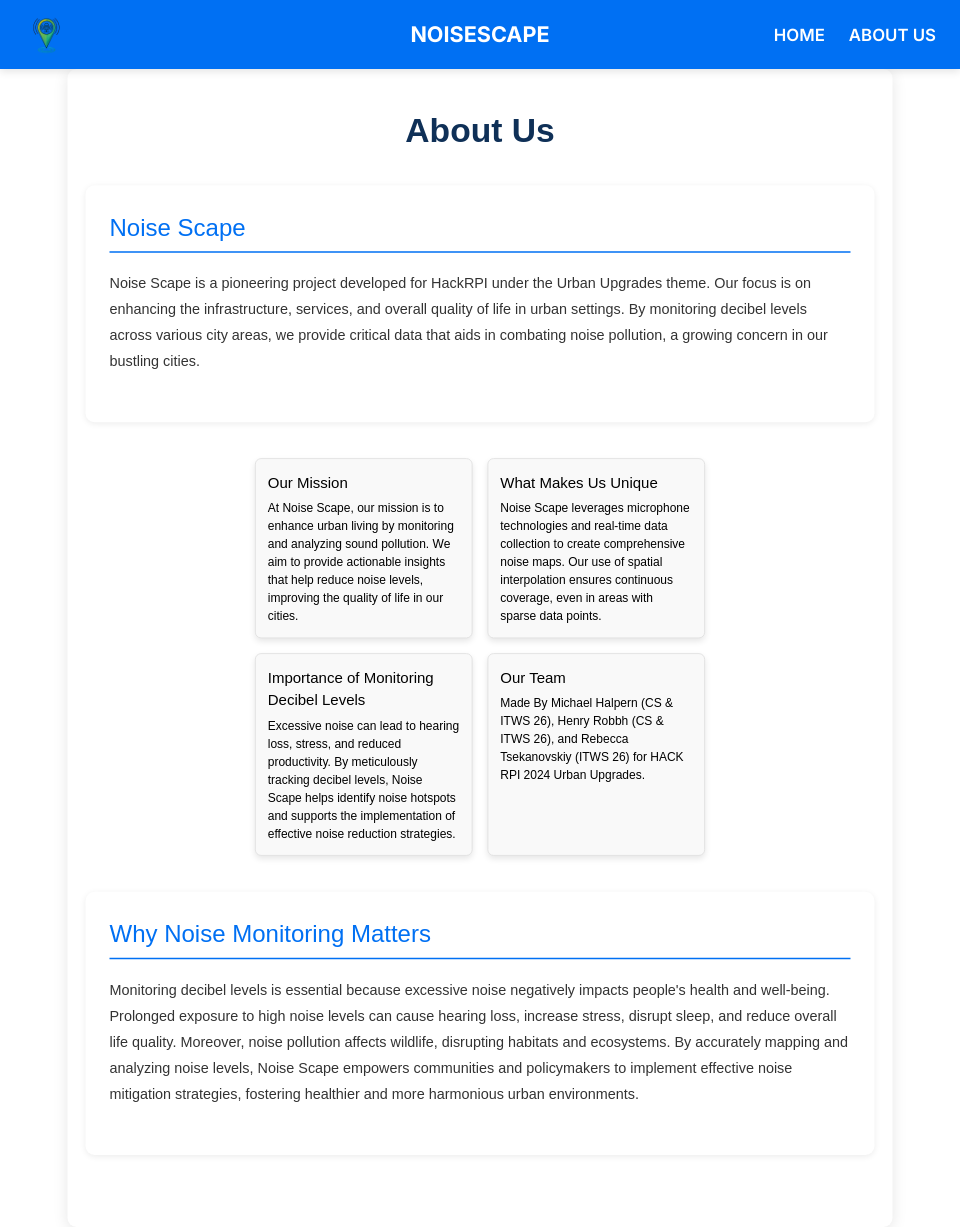
Repository: michaelhelper/HackRPI24
Page: /aboutUs (app in nextjs-dashboard/)
The author's editor kept a copy of each file at every save. The page is drawn from the files as they stood at one save, then again after a run of saves.
The browser window is 1280 px wide. The pictures show the whole page, at 75% of full size.
Some web fonts or font styles are not loaded; a fallback is used. The project was rebuilt for these pictures with package versions that can differ from the ones it lists, and the page was loaded fresh each time. The framework's server and built-in components were replaced by stand-ins that run in the browser. Also part of the build but not shown: nextjs-dashboard/next.config.ts.

Above is the page before, as saved 2024-11-10 10:58:20.

### nextjs-dashboard/app/aboutUs/page.tsx
// app/about-us/page.tsx

import React from 'react';
import Navbar from '../nav'; // Adjust the path if necessary
import AboutUs from '../aboutus'; // Adjust the path if necessary

const AboutUsPage: React.FC = () => {
  return (
    <div>
      <Navbar />
      <main>
        <AboutUs />
      </main>
    </div>
  );
};

export default AboutUsPage;

### nextjs-dashboard/app/nav.tsx
import React from 'react';
import Link from 'next/link';
import Logo from './logo'; // Ensure the path is correct
import styles from './navbar.module.css'; // Import the CSS module

const Navbar: React.FC = () => {
  return (
    <nav className={styles.navbar}>
      <div className={styles.logoContainer}>
        <Logo />
      </div>
      <div className={styles.titleContainer}>
        <span className={styles.title}>NOISESCAPE</span>
      </div>
      <ul className={styles.navLinks}>
        <li className={styles.navItem}>
          <Link href="/" className={styles.navLink}>
            HOME
          </Link>
        </li>
        <li className={styles.navItem}>
          <Link href="/aboutUs" className={styles.navLink}>
            ABOUT US
          </Link>
        </li>
      </ul>
    </nav>
  );
};

export default Navbar;

### nextjs-dashboard/app/aboutus.tsx
// src/components/AboutUs.tsx

import React from 'react';
import styles from './AboutUs.module.css';
import DataCards from './DataCards';

const AboutUs: React.FC = () => {
  // Define your cards data based on the answers to the questions
  const cards = [
    {
      title: 'Our Mission',
      content:
        'At Noise Scape, our mission is to enhance urban living by monitoring and analyzing sound pollution. We aim to provide actionable insights that help reduce noise levels, improving the quality of life in our cities.',
    },
    {
      title: 'What Makes Us Unique',
      content:
        'Noise Scape leverages microphone  technologies and real-time data collection to create comprehensive noise maps. Our use of spatial interpolation ensures continuous coverage, even in areas with sparse data points.',
    },
    {
      title: 'Importance of Monitoring Decibel Levels',
      content:
        'Excessive noise can lead to hearing loss, stress, and reduced productivity. By meticulously tracking decibel levels, Noise Scape helps identify noise hotspots and supports the implementation of effective noise reduction strategies.',
    },
    {
      title: 'Our Team',
      content:
        'Made By Michael Halpern (CS & ITWS 26), Henry Robbh (CS & ITWS 26), and Rebecca Tsekanovskiy (ITWS 26) for HACK RPI 2024 Urban Upgrades.'

    }

  ];

  return (
    <div className={styles.container}>
      <h1 className={styles.title}>About Us</h1>

      <section className={styles.section}>
        <h2 className={styles.subtitle}>Noise Scape</h2>
        <p className={styles.text}>
          Noise Scape is a pioneering project developed for HackRPI under the Urban Upgrades theme. Our focus is on enhancing the infrastructure, services, and overall quality of life in urban settings. By monitoring decibel levels across various city areas, we provide critical data that aids in combating noise pollution, a growing concern in our bustling cities.
        </p>
      </section>

      {/* Interactive Data Cards */}
      <section className={styles.cardsSection}>
        <DataCards cards={cards} />
      </section>

      <section className={styles.section}>
        <h2 className={styles.subtitle}>Why Noise Monitoring Matters</h2>
        <p className={styles.text}>
          Monitoring decibel levels is essential because excessive noise negatively impacts people's health and well-being. Prolonged exposure to high noise levels can cause hearing loss, increase stress, disrupt sleep, and reduce overall life quality. Moreover, noise pollution affects wildlife, disrupting habitats and ecosystems. By accurately mapping and analyzing noise levels, Noise Scape empowers communities and policymakers to implement effective noise mitigation strategies, fostering healthier and more harmonious urban environments.
        </p>
      </section>


    </div>
  );
};

export default AboutUs;

### nextjs-dashboard/app/logo.tsx
// components/Logo.tsx
import React from 'react';
import Image from 'next/image';
import logoImage from '../public/noiseScapeLogoTransparent.png';

const Logo: React.FC = () => {
  return (
      <Image src={logoImage} alt="Logo" style={styles.logoImage} />
  );
};

// Basic inline styles for the logo
const styles = {
  logoImage: {
    width: '60px',
    height: '60px',
    borderRadius: '50%',
  },
};

export default Logo;

### nextjs-dashboard/app/navbar.module.css
.navbar {
  display: flex;
  justify-content: space-between;
  align-items: center;
  padding: 1rem 2rem;
  background-color: #0070f3;
  /* Deep vibrant blue for visual impact */
  color: #ffffff;
  position: sticky;
  top: 0;
  z-index: 10;
  box-shadow: 0 4px 10px rgba(0, 0, 0, 0.1);
  position: relative;
  /* Needed to center the title properly */
}

/* Container for logo on the left */
.logoContainer {
  flex: 0 0 auto;
  /* Prevent logo from growing/shrinking */
}

/* Container for title in the middle */
.titleContainer {
  position: absolute;
  /* Position the title absolutely within the navbar */
  left: 50%;
  transform: translateX(-50%);
}

/* Styling for the title text */
.title {
  color: #ffffff;
  font-size: 1.8rem;
  font-weight: bold;
  text-align: center;
}

/* Styling for the navigation links */
.navLinks {
  display: flex;
  list-style-type: none;
  margin: 0;
  padding: 0;
}

/* Each item in the navigation */
.navItem {
  margin-left: 2rem;
  /* Add spacing between items for better readability */
}

/* Styling for individual navigation links */
.navLink {
  color: #ffffff;
  text-decoration: none;
  font-weight: 600;
  font-size: 1.4rem;
  transition: color 0.3s ease-in-out, transform 0.3s ease-in-out;
}

/* Link hover effect for better interactivity */
.navLink:hover {
  color: black;
  /* Bright yellow to highlight links on hover */
  transform: translateY(-2px);
}

/* Responsive navbar for mobile view */
.hamburger {
  display: none;
  flex-direction: column;
  cursor: pointer;
}

.hamburger span {
  background: #ffffff;
  height: 3px;
  width: 25px;
  margin: 3px 0;
  transition: all 0.3s ease;
}

/* Mobile Menu styles */
.mobileMenu {
  display: none;
  position: absolute;
  top: 100%;
  right: 0;
  width: 100%;
  background-color: #0070f3;
  box-shadow: 0 8px 16px rgba(0, 0, 0, 0.15);
  padding: 1rem;
}

.mobileMenu.active {
  display: flex;
  flex-direction: column;
  align-items: center;
}

.navLinks.mobile {
  flex-direction: column;
  width: 100%;
}

.navItem.mobile {
  margin: 1rem 0;
}

@media (max-width: 768px) {
  .navLinks {
    display: none;
  }

  .hamburger {
    display: flex;
  }

  .mobileMenu {
    display: none;
    /* Hidden by default, triggered by JS */
  }

  .navItem {
    margin-left: 0;
  }
}

### nextjs-dashboard/app/AboutUs.module.css
/* General container for the page */
.container {
    max-width: 1100px;
    width: 90%;
    margin: 0 auto;
    padding: 3rem 1.5rem;
    background-color: #ffffff;
    border-radius: 12px;
    font-family: 'Arial', sans-serif;
    box-shadow: 0 4px 20px rgba(0, 0, 0, 0.1);
  }

  /* Main title of the page */
  .title {
    font-size: 2.8rem;
    text-align: center;
    color: #0f3057;  /* Deep blue for a professional look */
    margin-bottom: 2.5rem;
    font-weight: 700;
  }

  /* Each main section container */
  .section {
    margin-bottom: 3rem;
    padding: 2rem;
    background-color: #ffffff;
    border-radius: 12px;
    box-shadow: 0 2px 8px rgba(0, 0, 0, 0.08);
    transition: transform 0.3s ease-in-out;
  }

  .section:hover {
    transform: scale(1.02);
  }

  /* Subtitle of each section */
  .subtitle {
    font-size: 2rem;
    color: #0070f3; /* Use of a vibrant color for emphasis */
    margin-bottom: 1.5rem;
    text-align: left;
    border-bottom: 2px solid #0070f3;
    padding-bottom: 0.5rem;
  }

  /* General text styling for the paragraphs */
  .text {
    font-size: 1.2rem;
    line-height: 1.8;
    color: #333;
    margin-bottom: 2rem;
  }

  /* Cards section container styling */
  .cardsSection {
    width: 100%;
    margin: 3rem auto;
  }

  /* Specific styling for the cards container */
  .card {
    width: 90%;
    max-width: 320px;
    margin: 1rem auto;
    padding: 2rem;
    background-color: #f7f9fc; /* Light blueish background for better contrast */
    border-radius: 12px;
    box-shadow: 0 6px 15px rgba(0, 0, 0, 0.1);
    transition: box-shadow 0.3s ease, transform 0.3s ease;
    text-align: center;
  }

  .card:hover {
    box-shadow: 0 8px 20px rgba(0, 0, 0, 0.15);
    transform: translateY(-5px);
  }

  .cardTitle {
    font-size: 1.6rem;
    color: #0f3057;
    margin-bottom: 1rem;
    font-weight: 600;
  }

  .cardContent {
    font-size: 1.1rem;
    color: #555;
    line-height: 1.6;
  }

  /* Button styling for navigation */
  .shuffleButton {
    margin-top: 2rem;
    padding: 0.75rem 1.75rem;
    font-size: 1.1rem;
    background-color: #0070f3;
    color: #ffffff;
    border: none;
    border-radius: 8px;
    cursor: pointer;
    transition: background-color 0.3s ease, box-shadow 0.3s ease;
    box-shadow: 0 4px 10px rgba(0, 112, 243, 0.4);
  }

  .shuffleButton:hover {
    background-color: #005bb5;
    box-shadow: 0 6px 15px rgba(0, 91, 181, 0.5);
  }

  /* Callout for Important Details */
  .highlight {
    background-color: #0070f3;
    color: #ffffff;
    padding: 0.2rem 0.5rem;
    border-radius: 4px;
  }

  /* Decorative Divider */
  .divider {
    margin: 3rem 0;
    height: 2px;
    width: 100%;
    background: linear-gradient(to right, #0070f3, #ffffff);
    border: none;
  }

### nextjs-dashboard/app/DataCards.tsx
"use client";

import React from 'react';
import styles from './DataCards.module.css';

interface Card {
  title: string;
  content: string;
}

interface DataCardsProps {
  cards: Card[];
}

const DataCards: React.FC<DataCardsProps> = ({ cards }) => {
  return (
    <div className={styles.gridContainer}>
      {cards.map((card, index) => (
        <div key={index} className={styles.card}>
          <h3 className={styles.cardTitle}>{card.title}</h3>
          <p className={styles.cardContent}>{card.content}</p>
        </div>
      ))}
    </div>
  );
};

export default DataCards;

### nextjs-dashboard/app/DataCards.module.css
.container {
  display: flex;
  justify-content: center;
  align-items: center;
}

.gridContainer {
  display: grid;
  grid-template-columns: repeat(2, 1fr);
  gap: 20px;
  max-width: 600px;
  margin: auto;
}

.card {
  background-color: #f9f9f9;
  border: 1px solid #ddd;
  border-radius: 8px;
  padding: 16px;
  box-shadow: 0 4px 8px rgba(0, 0, 0, 0.1);
}

.cardTitle {
  font-size: 1.25em;
  margin-bottom: 8px;
}

.cardContent {
  font-size: 1em;
}

Loaded but not shown: nextjs-dashboard/app/layout.tsx (common file); nextjs-dashboard/app/ui/global.css (common file); nextjs-dashboard/app/ui/fonts.ts (common file); nextjs-dashboard/tailwind.config.ts (common file)

After the next 2 saves:
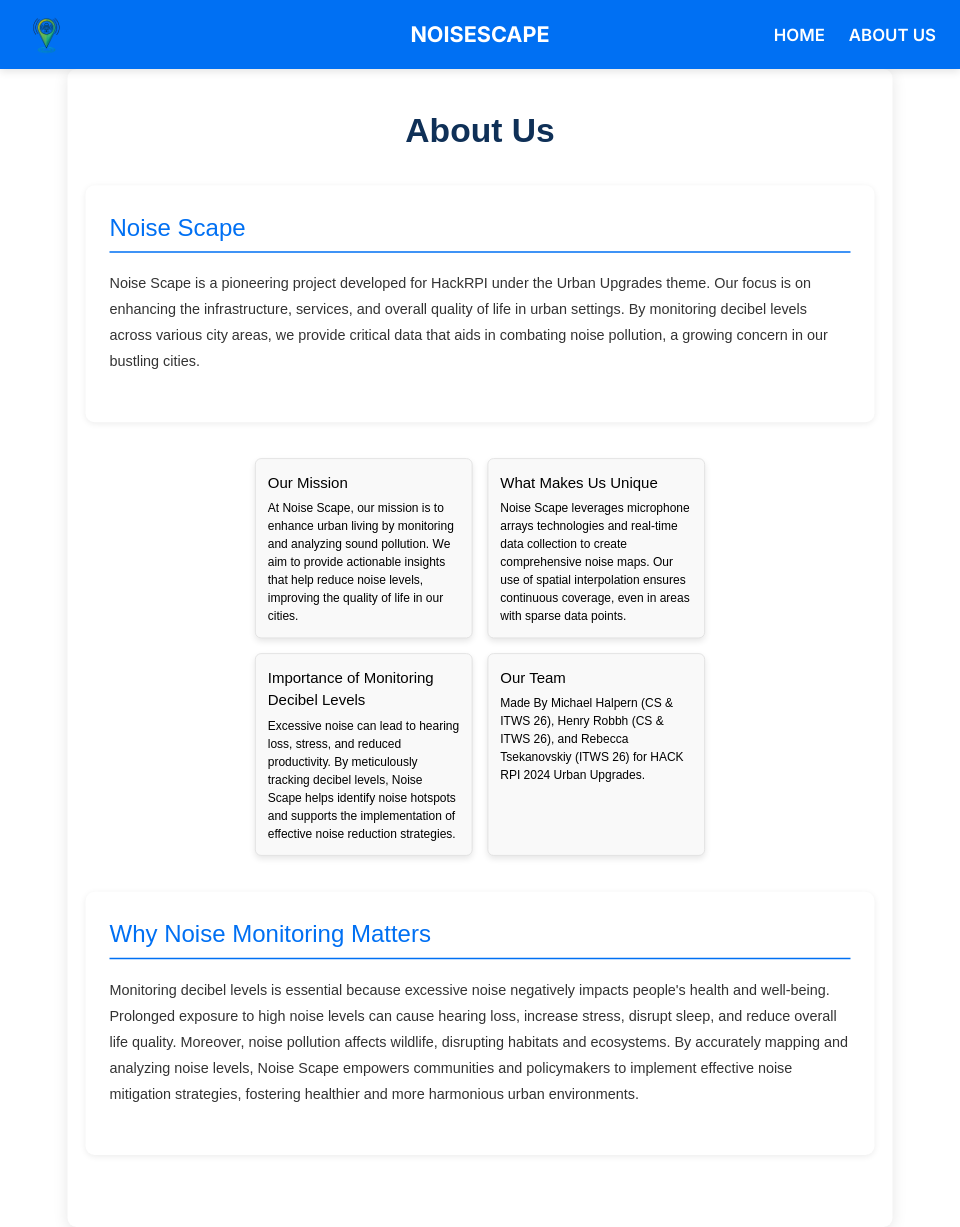
The 2 saves are shown as one change because they came seconds apart.
The last was saved 7 s later.
--- a/nextjs-dashboard/app/aboutus.tsx
+++ b/nextjs-dashboard/app/aboutus.tsx
@@ -15,7 +15,7 @@ const AboutUs: React.FC = () => {
     {
       title: 'What Makes Us Unique',
       content:
-        'Noise Scape leverages microphone  technologies and real-time data collection to create comprehensive noise maps. Our use of spatial interpolation ensures continuous coverage, even in areas with sparse data points.',
+        'Noise Scape leverages microphone arrays  technologies and real-time data collection to create comprehensive noise maps. Our use of spatial interpolation ensures continuous coverage, even in areas with sparse data points.',
     },
     {
       title: 'Importance of Monitoring Decibel Levels',
